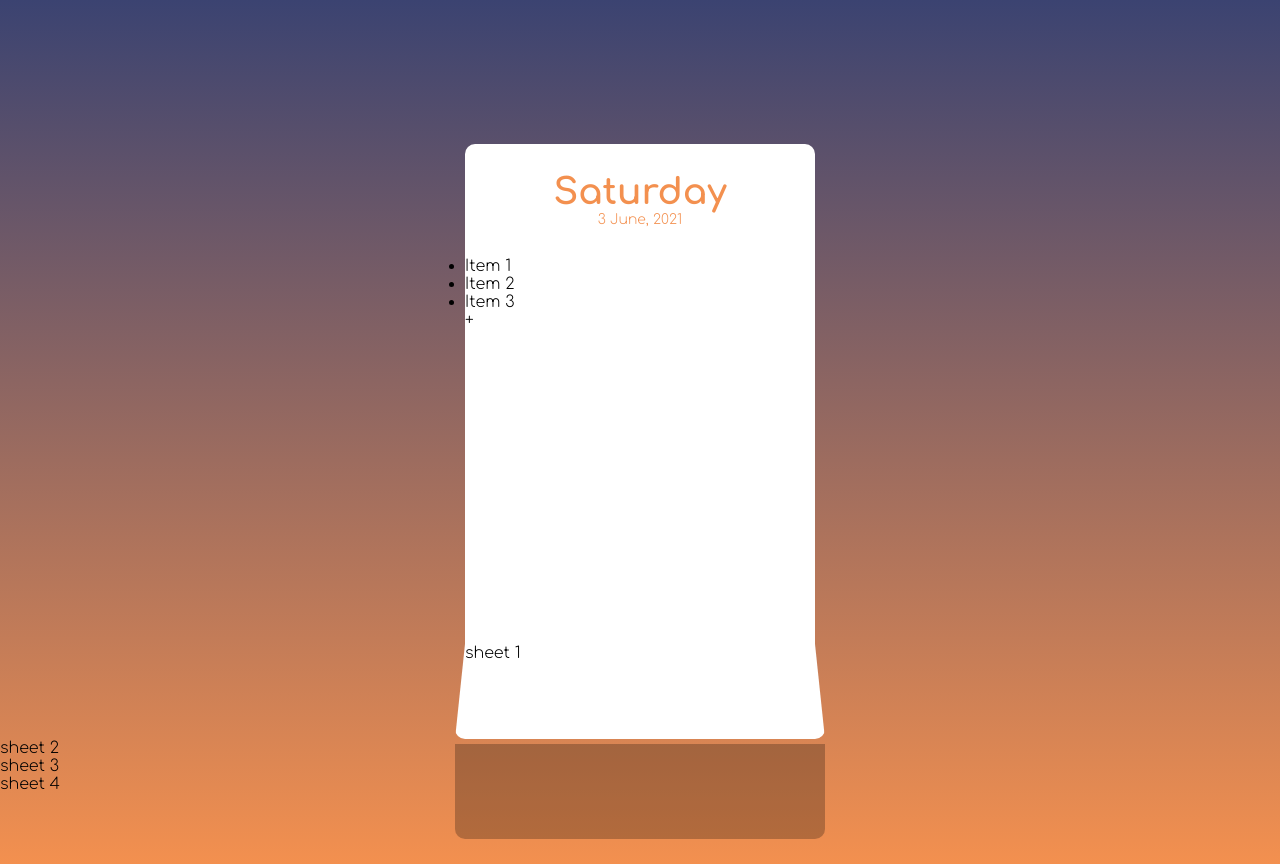
Repository: Colo-Codes/mini-projects
Page: todo-app/index.html
These files come from the project's save history. The page is drawn as it stood at one moment and after the next save; the edit follows.
The browser window is 1280 px wide. The pictures show the whole page.

Above is the page before, as saved 2021-07-04 11:35:19.

After the next save:
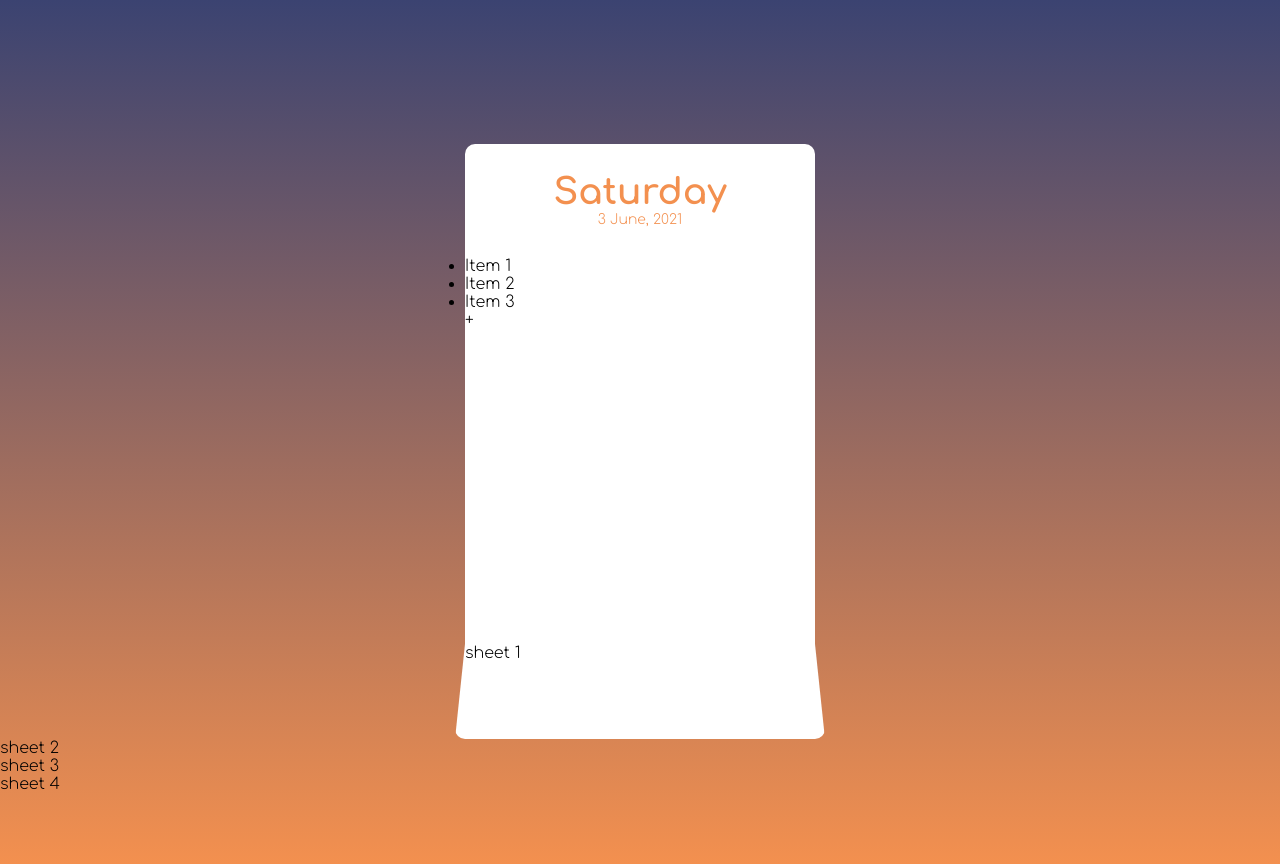
Saved 36 s later.
--- a/todo-app/css/index.css
+++ b/todo-app/css/index.css
@@ -54,6 +54,8 @@ body {
     border-right: 10px solid transparent;
     /* height: 0; */
     /* width: 100px; */
+}
+#sheet-1-3d::after {
     box-shadow: 0px 100px 0px rgba(0, 0, 0, 0.25);
 }
 
